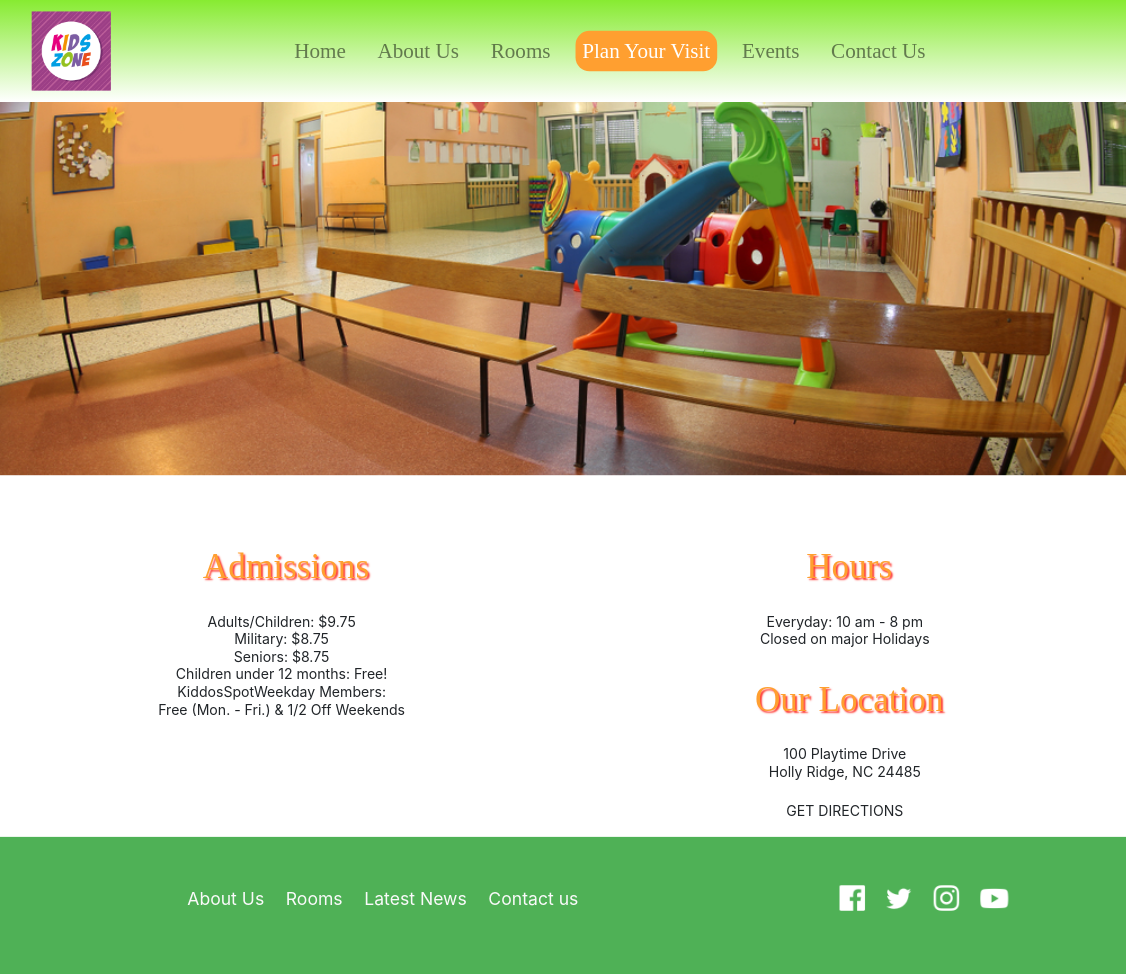
Repository: Code-Institute-Submissions/my-first-frontend-milestone-project
Page: planyourvisit.html
The author's editor kept a record of every edit. The page is drawn from the files as they stood at one moment, then again after the next edit.
The browser window is 1280 px wide. The pictures show the whole page, at 88% of full size.
Some web fonts or font styles are not loaded; a fallback is used.

Above is the page before.

After the next edit:
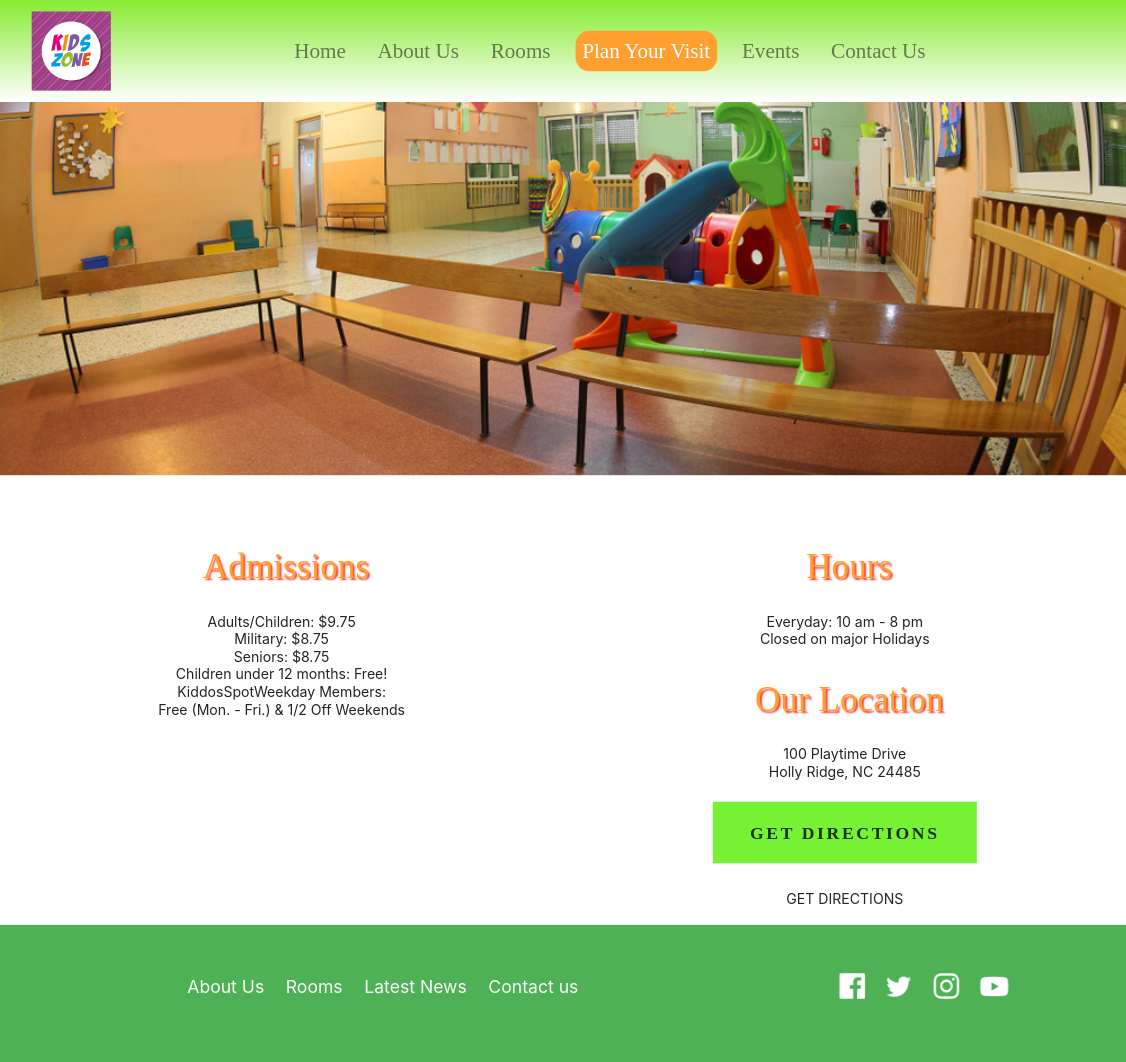
The edit:
--- a/planyourvisit.html
+++ b/planyourvisit.html
@@ -73,6 +73,9 @@
                     <p>100 Playtime Drive</p>
                     <p>Holly Ridge, NC 24485</p>
                     <br>
+                    <div style="text-align:center;">
+                        <a class="gallery-btn" href="#">Get Directions</a>
+                    </div>
                     <p>GET DIRECTIONS</p>
                 </div>
             </div>
